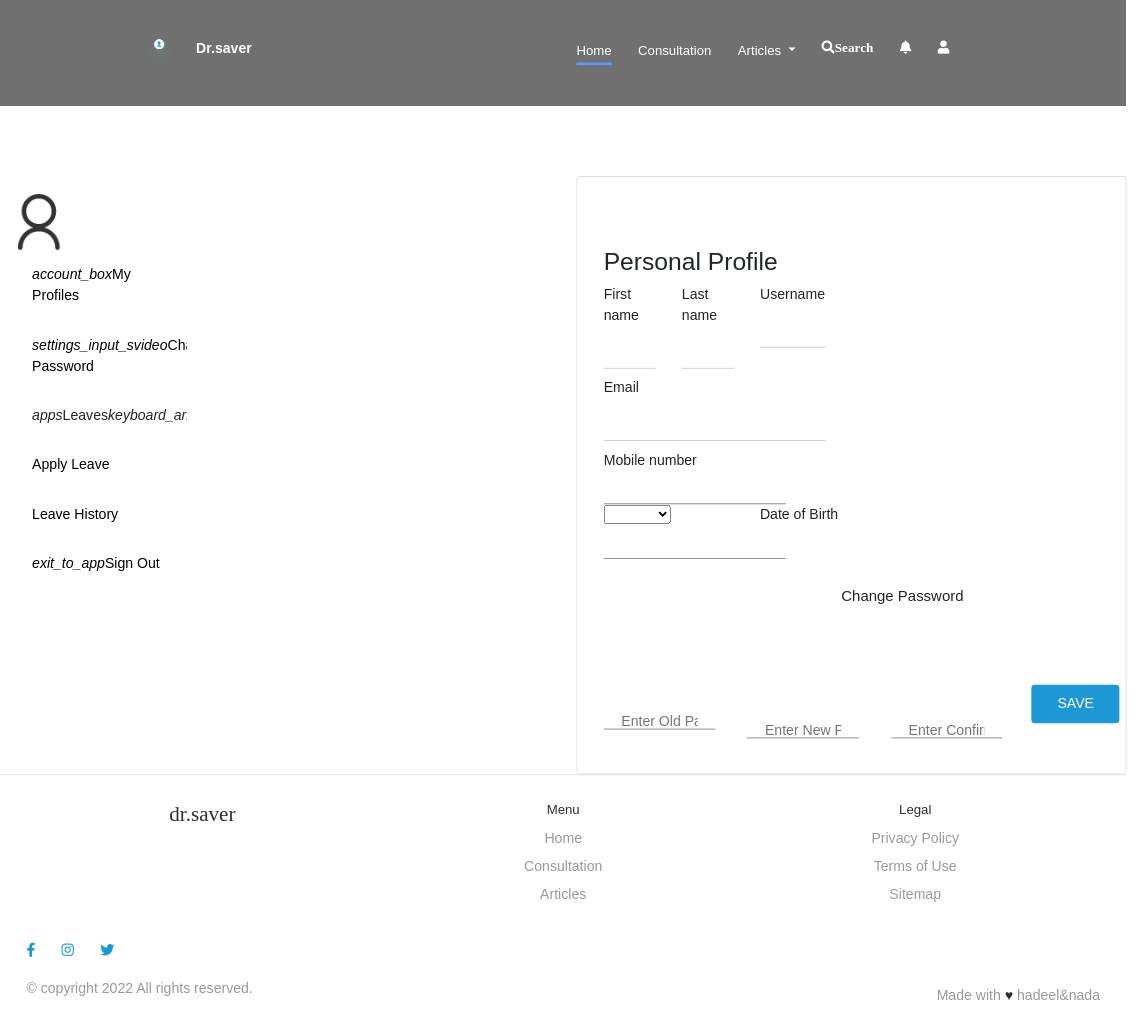
Repository: nsra/hadeel_doctor_system
Page: patient/Pprofile.html
These files come from the project's save history. The page is drawn as it stood at one moment and after the next save; the edit follows.
The browser window is 1280 px wide. The page is 1295 px wide, so the pictures cover 1295 px, including what lies to the right of the window. The pictures show the whole page, at 88% of full size.
Some web fonts or font styles are not loaded; a fallback is used. Some web libraries are served in a nearby version.

Above is the page before, as saved 2022-03-25 14:43:26.

### patient/Pprofile.html
<!DOCTYPE html>
<html lang="en">
<head>
    <meta charset="UTF-8">
    <meta http-equiv="content-type" content="text/html; charset=UTF-8">
    <title>DrSaver</title>
    <link rel="shortcut icon" href="../assets/img/doctor.png" type="image/x-icon">
    <link rel="stylesheet" href="https://maxcdn.bootstrapcdn.com/bootstrap/4.0.0/css/bootstrap.min.css" integrity="sha384-Gn5384xqQ1aoWXA+058RXPxPg6fy4IWvTNh0E263XmFcJlSAwiGgFAW/dAiS6JXm" crossorigin="anonymous">
    <link rel="stylesheet" href="https://pro.fontawesome.com/releases/v5.10.0/css/all.css" integrity="sha384-AYmEC3Yw5cVb3ZcuHtOA93w35dYTsvhLPVnYs9eStHfGJvOvKxVfELGroGkvsg+p" crossorigin="anonymous"/>
    <link rel="stylesheet" href="../assets/css/style.css" type="text/css">
    <link rel="preconnect" href="https://fonts.gstatic.com">
    <link href="https://fonts.googleapis.com/css2?family=Tajawal:wght@700&display=swap" rel="stylesheet">
    <meta name="viewport" content="width=device-width, initial-scale=1, shrink-to-fit=no">
</head>
<body>

    <!--header-->
    <div class="header" style=" background-color: #707070;">
         <div class="container" >
<div class="header-content">
    <div class="logo">
        <img src=" ../assets/img/l2.png"  alt="logo image" draggable="false">
        <b>Dr.saver</b>
     </div>
       <ul class="nav">
         <li><a href="#" class="active">Home</a></li>
         <li><a href="#" >Consultation</a></li>
           <li class="nav-item dropdown">
            <a class="nav-link dropdown-toggle" href="#" id="navbarDropdown" role="button" data-toggle="dropdown" aria-haspopup="true" aria-expanded="false">
                Articles
            </a>
            <div class="dropdown-menu" aria-labelledby="navbarDropdown">
              <a class="dropdown-item" href="#">Action</a>
              <a class="dropdown-item" href="#">Another action</a>
              <div class="dropdown-divider"></div>
              <a class="dropdown-item" href="#">Something else here</a>
            </div>
          </li>
         <li><a href="#"class="icon fa fa-search fa-2x" >Search</a></li>

 <li><a href="#"class="icon fa fa-bell" >  </a></li>
          <li><a href="#"class="icon fa fa-user fa-2x" > </a></li>






     </ul>
     <div class="clear"></div>
</div>
  </div>
    </div>
     <!--profile section-->
     <div class="about pd-y"></div>
     <aside id="slide-out" class="sidebar white fixed">
        <div class="side-nav-wrapper">
            <div class="sidebar-profile">
                <div class="sidebar-profile-image">
                    <img src="../assets/img/pro.png" class="circle" alt="">
                </div>
                <div class="sidebar-profile-info">

                </div>
            </div>

        <ul class="sidebar-menu collapsible collapsible-accordion" data-collapsible="accordion">

<li class="no-padding"><a class="waves-effect waves-grey" href="myprofile.php"><i class="material-icons">account_box</i>My Profiles</a></li>
<li class="no-padding"><a class="waves-effect waves-grey" href="emp-changepassword.php"><i class="material-icons">settings_input_svideo</i>Change Password</a></li>
            <li class="no-padding">
                <a class="collapsible-header waves-effect waves-grey"><i class="material-icons">apps</i>Leaves<i class="nav-drop-icon material-icons">keyboard_arrow_right</i></a>
                <div class="collapsible-body">
                    <ul>
                        <li><a href="apply-leave.php">Apply Leave</a></li>
                        <li><a href="leavehistory.php">Leave History</a></li>
                    </ul>
                </div>
            </li>



          <li class="no-padding">
                        <a class="waves-effect waves-grey" href="logout.php"><i class="material-icons">exit_to_app</i>Sign Out</a>
                    </li>


        </ul>

        </div>
    </aside>


        <div class="row">
        <br>
            <div class="col s12">

            </div>
            <div class="col s12 m12 l6">
                <div class="card">
                    <div class="card-content">
                        <form id="example-form" method="post" name="updatemp">
                            <div>
                                <h3>Personal Profile</h3>

                                <section>
                                    <div class="wizard-content">
                                        <div class="row">
                                            <div class="col m6">
                                                <div class="row">


<div class="input-field col m6 s12">
<label for="firstName">First name</label>
<input id="firstName" name="firstName"  "  type="text" required>
</div>

<div class="input-field col m6 s12">
<label for="lastName">Last name </label>
<input id="lastName" name="lastName" value="" type="text" autocomplete="off" required>
</div>

<div class="input-field col s12">

<label for="userName">Username </label>
<input id="userName" name="userName" value="" type="text" autocomplete="off" required>
</div>

<div class="input-field col s12">
<label for="email">Email</label>
<input  name="email" type="email" id="email" value=" " readonly autocomplete="off" required>
<span id="emailid-availability" style="font-size:12px;"></span>
</div>

<div class="input-field col s12">
<label for="phone">Mobile number</label>
<input id="phone" name="mobileno" type="tel" value=" " maxlength="10" autocomplete="off" required>
</div>

</div>
</div>

<div class="col m6">
<div class="row">
<div class="input-field col m6 s12">
<select  name="gender" autocomplete="off">
<option value=""></option>
<option value="Male">Male</option>
<option value="Female">Female</option>

</select>
</div>
<label for="birthdate">Date of Birth</label>
<div class="input-field col m6 s12">

<input id="birthdate" name="dob"  class="datepicker" value="" >
</div>


                                                </div>
                                            </div>
                                        </div>
                                    </div>
                                </section>


                                </section>
                            </div>
                        </form>
             <div class="page-title" style="  padding-left: 300px;   font-size: 17px;">Change Password</div>
               <div class="row">

                        <form class="col s12" name="chngpwd" method="post">

                                <div class="row">
                                    <div class="input-field col s12">

<input id="password" type="password" placeholder="Enter Old Password" style="width:95%;padding-top:40px;margin-left:30px;border:none;border-bottom:1px solid gray;padding-bottom:8px;outline:none"  class="validate" autocomplete="off" name="password"  required>

                                    </div>

<div class="input-field col s12">

<input id="password" type="password" placeholder="Enter New Password"  name="newpassword" class="validate" style="width:95%;padding-top:40px;margin-left:30px;border:none;border-bottom:1px solid gray;padding-bottom:8px;margin-top:20px;outline:none" autocomplete="off" required>

                                    </div>

<div class="input-field col s12">

<input id="password" type="password"placeholder="Enter Confirm Password" name="confirmpassword" class="validate" autocomplete="off"style="width:95%;padding-top:40px;margin-left:30px;border:none;border-bottom:1px solid gray;padding-bottom:8px;margin-top:20px;outline:none" required>

</div>
<br>
<br>
<div class="input-field col s12">
<center><button type="submit" name="change" style="padding:10px;color:#fff;margin-left:20px;width:100px;border:none;text-transform:uppercase" class="waves-effect waves-light btn indigo m-b-xs" onclick="">Save</button></center>

</div>




                                </div>

                            </form>
                        </div>
                    </div>
                </div>



            </div>

        </div>
    </main>

<div class="left-sidebar-hover"></div>




    <!--footer section-->
<footer class="footer">
    <div class="footer__addr">
      <h1 class="footer__logo">Dr.saver</h1>


    </div>

    <ul class="footer__nav">
      <li class="nav__item">
        <h2 class="nav__title">Menu</h2>

        <ul class="nav__ul">
          <li>
            <a href="#">Home</a>
          </li>

          <li>
            <a href="#">Consultation</a>
          </li>

          <li>
            <a href="#">Articles</a>
          </li>
        </ul>
      </li>

      <li class="nav__item">
        <h2 class="nav__title">Legal</h2>

        <ul class="nav__ul">
          <li>
            <a href="#">Privacy Policy</a>
          </li>

          <li>
            <a href="#">Terms of Use</a>
          </li>

          <li>
            <a href="#">Sitemap</a>
          </li>
        </ul>
      </li>
    </ul>
    <div class="row">

        <div class="  col-lg-5 ">

            <div class="row float-left">
                <div class="socialItem">
                    <i class="fab fa-facebook-f"></i>
                </div>
                <div class="socialItem">
                    <i class="fab fa-instagram"></i>
                </div>
                <div class="socialItem">
                    <i class="fab fa-twitter"></i>
                </div>


            </div>
        </div>
    </div>
    <div class="legal">
      <p> &copy; copyright 2022 All rights reserved.</p>

      <div class="legal__links">
        <span>Made with <span class="heart">♥</span> hadeel&nada</span>
      </div>

    </div>
  </footer>
</body>
</html>

### assets/css/style.css
 /*common*/


.overlay{
    position:absolute;
    width:  100%;
    height: 100%;
    top: 0;
    left: 0;
    background-color: rgba(3, 3, 3, 0.7);
}
.hover-opacity{
    transition: opacity .5s;
}
.hover-opacity:hover{
opacity: 0.8;
}

/*general css*/
:root{
    --maincolor:#6195ff;
}
*{
    margin: 0;
    padding: 0;
    box-sizing: border-box;
}
ul{
    list-style: none;
}
.container{
    width: 80%;

    margin: auto;/*elment in the center*/
}
body{
    font-family: 'Varela Round', sans-serif;
}
.clear{
    clear: both;
}
h1,h2,h3,h4,h5,h6{
    font-family: montserrat,sans-serif;
}
button{
    font-family: inherit;
}
a{
    text-decoration: none;
}
.pd-y{
    padding: 100px 0;
}
.section-header{
    text-align: center;
    margin-bottom: 20px;
}
.section-header .section-title{
    font-size: 35px;
    text-transform: capitalize;
    margin-bottom: 10px;
}
.section-header .line{
display: block;
height: 5px;
width: 60px;
margin: 0 auto 70px auto;
background-color: var(--maincolor);
}

.ltr-effect,.tb-effect{
    position: relative;
}
.ltr-effect::after,.tb-effect::after{
position: absolute;
content: "";
top: 0;
right: 0;
left: 0;
bottom: 0;
background: #333;
z-index:-1 ;

}
.ltr-effect:hover::after{
width: 100%;
}
.ltr-effect::after{
    width: 0;
    transition: width 0.5s;
}
.tb-effect::after{
 height: 0;
 transition: height 0.5s;

}
.tb-effect:hover::after{
height: 100%;
}
/* header*/
.header{
    position:fixed;
    width: 100%;
    z-index: 15;


  }

 b{
     color: #ffff;

 }
.header .logo{
    width: 50%;
  float: left;

}
.header .logo img{
    width: 15%;
    margin-top: 5px;

}
.header .nav{
    width: 50%;
    float: left;
    list-style: none;
    text-align: right;
}
.header .nav > li{
    display: inline-block;

    text-align: right;
}
.header .nav > li > a{
    color: #fff;
    font-size: 15px;

    display: block;
    padding: 30px 15px;
}

.header .nav > li > a.active:after{
content: "";
display: block;
margin-top: 2px;
height: 3px;
background-color: #6195ff;
transition: width 0.5s;

}
.header .nav > li > a.active:after{
    width: 100%;
}

.header .nav > li > a:after{
width: 0;
}
.header .nav > li > a:hover::after{
    width: 100%;
    }
    .dropdown{
        position: relative;
    }
    .dropdown-menu{
        position: absolute;
        background: #6195ff;
        width: 150px;
        text-align: right;
        left: -50%;
        top: 70%;
        opacity: 0;
        visibility: hidden;
        transition: opacity 0.5s;
    }
    .dropdown-menu a{
        color:#fff;
        display: block;
        padding: 10px;

    }
    .dropdown:hover .dropdown-menu{
        opacity: 1;
        visibility:visible;
    }
/*Home section*/
.home{
    height: 100vh;
    background-image: url(../img/background.png);
    background-size: cover;
    position: relative;
}
.home-content{
    position: absolute;
    width: 65%;
    top: 50%;
    left: 50%;
    transform: translate(-50%,-50%);
    text-align: left;
}
.home .title{

margin: 20px 0;
color: var(--maincolor);
letter-spacing: 2px;
line-height: 1.5;
}
.home .home-desc{
    color: #fff;
    font-size: 3.5rem;
    text-transform: uppercase;
}
.home .btn{
    max-width: 150px;
    padding: 15px 0;
    border-radius: 5px;
    border: 0;
    cursor: pointer;
    font-size: 18px;
}

.home .btn-learn{
    background-color: #6195ff;
    color:#fff;

}

nav{
    font-size: 18px;
}
.navbar-light .navbar-brand{
    font-size: 32px;
 }

.navbar-light .navbar-nav .nav-link{
    color: black;
}

 #cplue{
     color:#1E97D5 ;
 }
 .bplue{
background-color: #dce0e4;
 color: #1E97D5;
 }
 .fleft{
     position: relative;
     margin-top: 11%;
    margin-right: 20%;
 }
 .fright{
     position:absolute;
     right:20%;
     top: 20%;
 }
 .pcol{
     color: rgb(189, 185, 185);
     font-size: small;
 }

/*About section*/

.about-content{
    overflow: hidden;
}
.about-item{
     width: 30%;
    float: left;
text-align: center;
border: 1px solid #e8e8e8;
padding: 50px 20px;
}

.about-item.mg{
    margin: 0 5%;
}
.about-item:hover .about-item-title{
    color: #fff;
}
.about-item .icon{
    color: #6195ff;
    margin-bottom: 10px;
}
.about-item-title{
    text-transform: capitalize;
    margin-bottom: 10px;
    transition: color 0.5s;
}
.about-item-desc{
    line-height: 1.6;
    margin-bottom: 10px;
    color:#999 ;
}
.about-item-link{
color: #6195ff;
text-transform: capitalize;
}

/*number section*/
.numbers{
    position: relative;
    background-image: url(../img/background.png);
    background-size: cover;
    background-attachment: fixed;
    height: 300px;
}
.numbers-item{
    overflow: hidden;

}
.number-item{
width: 25%;
float: left;
text-align: center;
}
.number-item .icon{
    color: #6195ff;
    margin-bottom: 15px;
}
.number-item-title{
    font-weight: bold;
    font-size: 30px;
    color: #fff;

}
.number-item-text{
    color: #fff;
}

/*Blog page*/
.blog{
    background: #f9f9f9;
}

.blog-content{
    overflow: hidden;
}
.blog-item{
    width: 30%;
    float: left;
    background: #fff;
}
.blog-item-img img{
width: 100%;
}

.blog-info{
    padding: 20px;
}

.blog-list{
    list-style: none;
    margin: 20px 0;
}
.blog-list li{
    display: inline-block;
    margin: 0 5px;
}
.blog-list li i{
    color: #6195ff;
}
.blog-title{
    font-weight: bold;
    margin: 20px 0;
}
.blog-desc{
    color: #999;
    margin-bottom: 10px;
    line-height: 1.5;
}
.blog-link{
    color: #6195ff;
}
.blog-item.mg{
    margin: 0 5%;
}

/*contact section*/

/*footer section*/
.footer{
    background: #1c1d23;
    text-align: center;
    padding: 60px 0;
}
.footer-links{
    list-style: none;
    margin: 20px 0;
}
.footer-links li{
    display: inline-block;

}
.footer-links li a{
    display: block;
    width: 50px;
    height: 50px;
    background: #6195ff;
    color: #fff;
    margin: 0 5px;
    border-radius: 50%;
}
.footer-links li a i{
    line-height: 50px;
}

.footer .copyright{
    color: #999;
    font-size: 15px;
    text-transform: uppercase;
}

 /********login******/


  /* Full-width inputs */
  input[type=text], input[type=password] ,input[type=email],input[type=number],input[type=date],input[type=submit]{
    width: 100%;
    padding: 12px 20px;
    margin: 10px 0 ;

    display:flex;
    border: none;
    border-bottom: 1px solid #ccc;

  }

  /* Set a style for all buttons */
  button {
    background-color: #1E97D5;
    color: white;
    padding: 14px 20px;
    margin: 8px 0;
    border: none;
    cursor: pointer;
    width: 40%;

    border-radius: 5px;
  }

  /* Add a hover effect for buttons */
  button:hover {
    opacity: 0.8;
  }



  /* Add padding to containers */
  .container {
    padding: 16px;

  }

  .psw{
      margin-left: 60px;
  }
  .signbtn{
      color: #000;
      background-color: #fff;
      border: 1px solid #1E97D5;
  }
  .signbtn:hover{
    background-color: #1E97D5;
    opacity: 0.8;
  }
  .fname{
    position: relative;
  margin-right: 10%;
  }
  .lname {
    position: absolute;
    top: 20%;
    left: 50%;
  }

  /* Change styles for span and cancel button on extra small screens */
  @media screen and (max-width: 300px) {
    span.psw {
      display: block;
      float: none;
    }
    .cancelbtn {
      width: 100%;
    }
  }

.rate{
    margin: 10px;
    float: left;
    background: #eeeeee;
    border-radius: 30px;
}
.rate i{
    color: #ffdb00;
}

.footer {
    display: flex;
    flex-flow: row wrap;
    padding: 30px 30px 20px 30px;
    color: #2f2f2f;
    background-color: #fff;
    border-top: 1px solid #e5e5e5;
  }

  .footer > * {
    flex:  1 100%;
  }

  .footer__addr {
    margin-right: 1.25em;
    margin-bottom: 2em;
  }

  .footer__logo {
    font-family: 'Pacifico', cursive;
    font-weight: 400;
    text-transform: lowercase;
    font-size: 1.5rem;
  }

  .footer__addr h2 {
    margin-top: 1.3em;
    font-size: 15px;
    font-weight: 400;
  }

  .nav__title {
    font-weight: 400;
    font-size: 15px;
  }

  .footer address {
    font-style: normal;
    color: #999;
  }

  .footer__btn {
    display: flex;
    align-items: center;
    justify-content: center;
    height: 36px;
    max-width: max-content;
    background-color: rgb(33, 33, 33, 0.07);
    border-radius: 100px;
    color: #2f2f2f;
    line-height: 0;
    margin: 0.6em 0;
    font-size: 1rem;
    padding: 0 1.3em;
  }

  .footer ul {
    list-style: none;
    padding-left: 0;
  }

  .footer li {
    line-height: 2em;
  }

  .footer a {
    text-decoration: none;
  }

  .footer__nav {
    display: flex;
      flex-flow: row wrap;
  }

  .footer__nav > * {
    flex: 1 50%;
    margin-right: 1.25em;
  }

  .nav__ul a {
    color: #999;
  }

  .nav__ul--extra {
    column-count: 2;
    column-gap: 1.25em;
  }

  .legal {
    display: flex;
    flex-wrap: wrap;
    color: #999;
  }

  .legal__links {
    display: flex;
    align-items: center;
  }

.social{
    padding-top: 50px;
    margin-left: 700px;

}
.socialItem{
   color: #1E97D5;
    border-radius: 50%;
    line-height: 2;
    margin: 15px;
}
.socialItem:hover{
    background: #6db4e4;
    border:  2px white;

}
  .heart {
    color: #2f2f2f;
  }

  @media screen and (min-width: 24.375em) {
    .legal .legal__links {
      margin-left: auto;
    }
  }

  @media screen and (min-width: 40.375em) {
    .footer__nav > * {
      flex: 1;
    }

    .nav__item--extra {
      flex-grow: 2;
    }

    .footer__addr {
      flex: 1 0px;
    }

    .footer__nav {
      flex: 2 0px;
    }
  }
/******** about page ***********/
.heroSection img{
    border-radius: 30px;
}
/******** Pprofile page ***********/

.sidebar {
  margin: 20px;
  padding: 0;
  width: 15%;

  position: absolute;
  height: 100%;
  overflow: auto;
}

.sidebar a {
  display: block;
  color: black;
  padding: 16px;
  text-decoration: none;
}

@media screen and (max-width: 700px) {
  .sidebar {
    width: 100%;
    height: auto;
    position: relative;
  }
  .sidebar a {float: left;}
  div.content {margin-left: 0;}
}

@media screen and (max-width: 400px) {
  .sidebar a {
    text-align: center;
    float: none;
  }
}




.topnav {

  background-color: #2ca7ee;
  overflow: hidden;
   color: white;
   align-items: center;
}
.update{

border: none;
margin-left: 100px;
color: white;
padding: 15px 32px;
text-align: center;
text-decoration: none;
display: inline-block;
font-size: 16px;
}

 ul{
  list-style-type: none;
 }


form{
display: flex;

width: 50%;
height: 90%;
margin-top:50px;
padding:30px;
display: flex;

flex-direction: column;
justify-content: space-around;
border-radius: 5px;
}
input{
height: 30px;
border:none;
border-bottom: 1px solid gray;
outline: none;
}

After the next save:
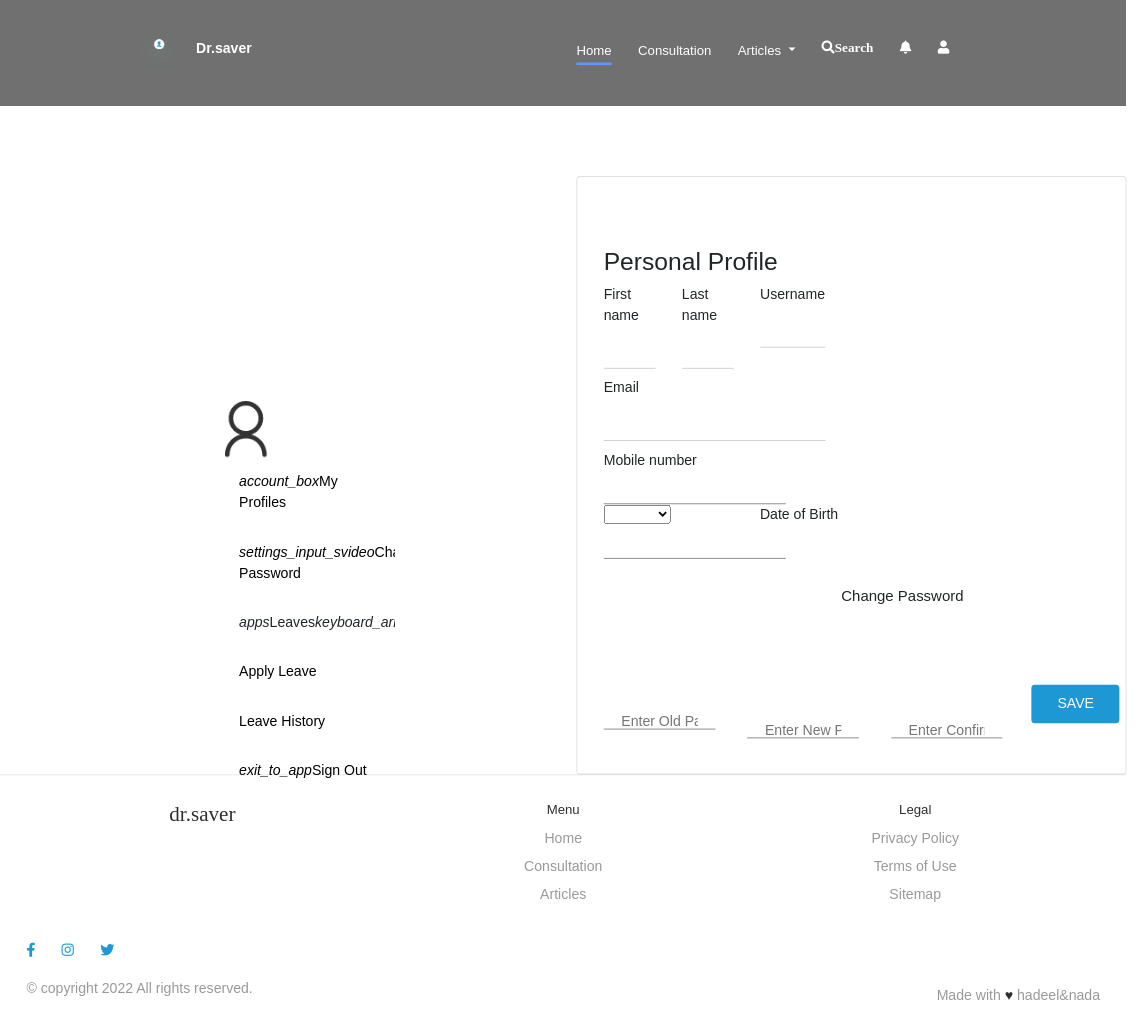
Saved 9 s later.
--- a/assets/css/style.css
+++ b/assets/css/style.css
@@ -642,7 +642,7 @@ width: 100%;
 /******** Pprofile page ***********/
 
 .sidebar {
-  margin: 20px;
+  margin: 20%;
   padding: 0;
   width: 15%;
 
